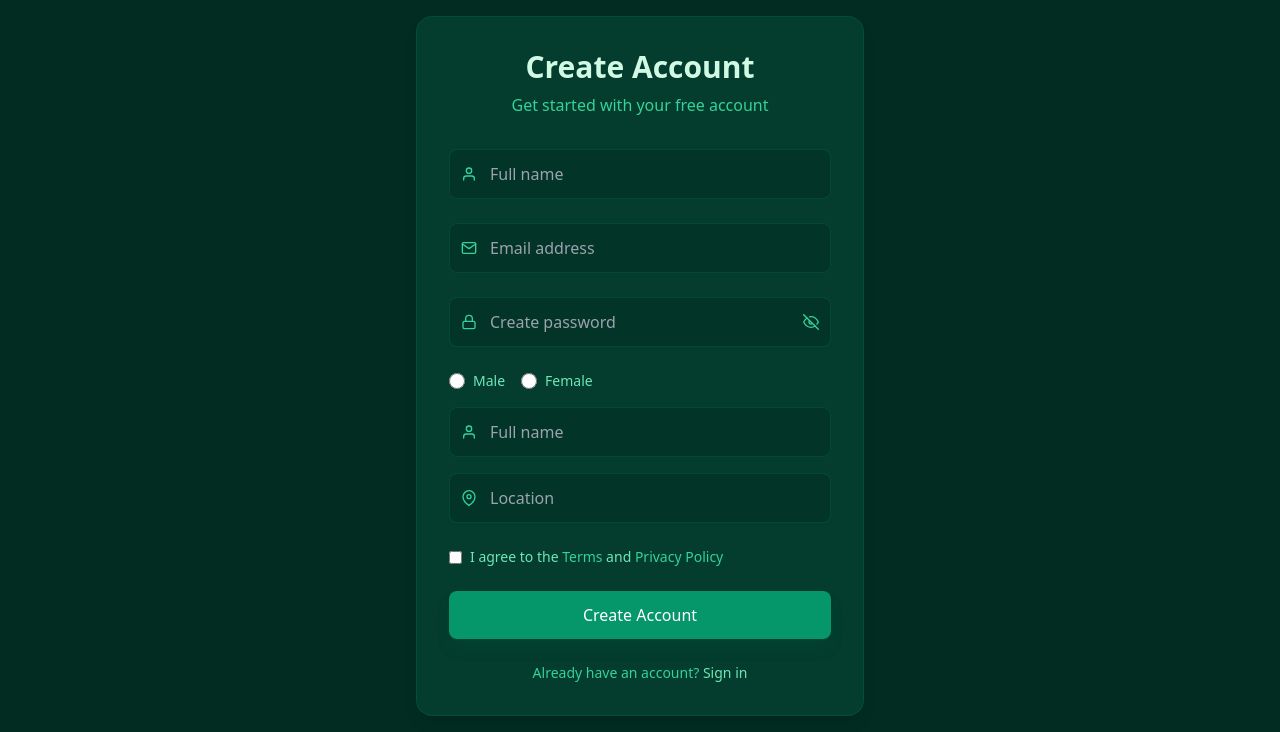
Repository: alizey12/DevLinker-Developer-Portfolio-Builder
Page: /signup
These files come from the project's save history. The page is drawn as it stood at one moment and after the next save; the edit follows.
The browser window is 1280 px wide. The pictures show the whole page.
The project was rebuilt for these pictures with package versions that can differ from the ones it lists, and the page was loaded fresh each time. Also part of the build but not shown: vite.config.js, src/Components/Sidebar.jsx, src/Components/Layout/DashboardLayout.jsx, src/Pages/Login.jsx, src/Pages/Portfolio.jsx, src/Pages/Page404.jsx, src/Pages/Dashboard/Profile.jsx, src/Pages/Dashboard/Skills.jsx and 3 more.

Above is the page before, as saved 2025-07-01 14:33:27.

After the next save:
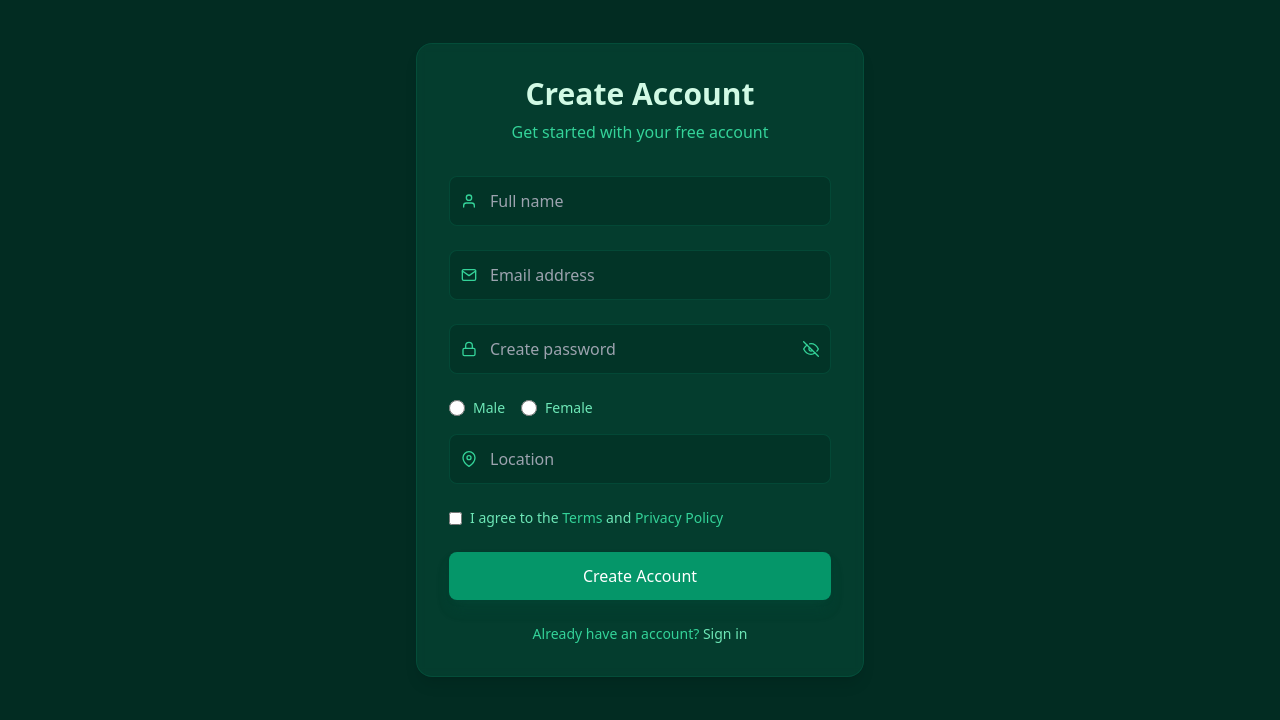
Saved 97 s later.
--- a/src/Pages/Signup.jsx
+++ b/src/Pages/Signup.jsx
@@ -82,17 +82,7 @@
     </div>
   </div>
 
-  {/* Full Name Input */}
-  <div className="relative">
-    <div className="absolute inset-y-0 left-0 pl-3 flex items-center pointer-events-none">
-      <FiUser className="text-emerald-400" />
-    </div>
-    <input
-      type="text"
-      placeholder="Full name"
-      className="w-full pl-10 pr-4 py-3 bg-emerald-950/50 border border-emerald-800/50 text-emerald-100 rounded-lg focus:ring-2 focus:ring-emerald-500 focus:border-transparent transition-all"
-    />
-  </div>
+
 
   {/* Location Input */}
   <div className="relative">
